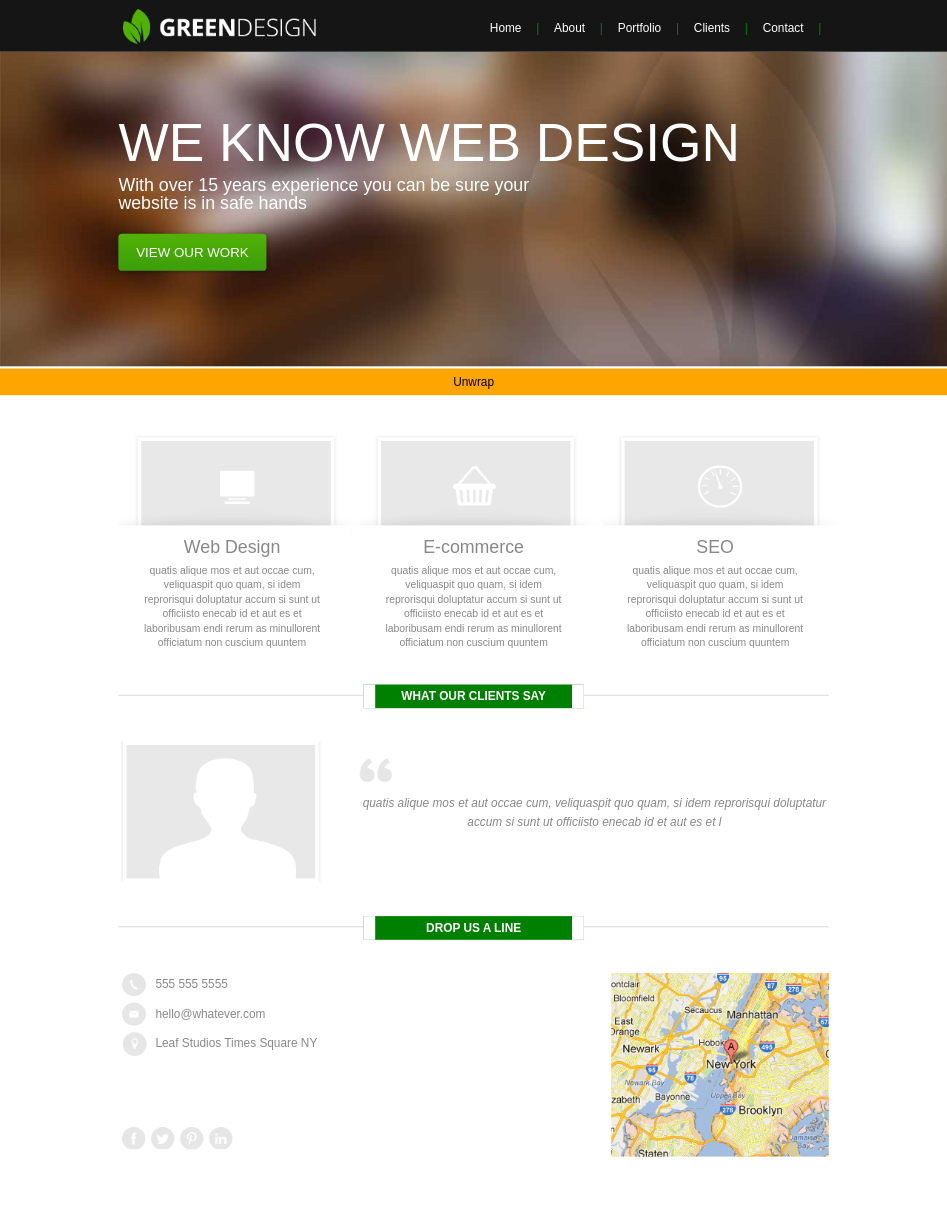
Repository: prathmeshgodbole/Javascript
Page: Basics/Jquery/index.html
An editor plug-in stored every save of this project. The page is shown before and after a run of saves, followed by the edit.
The browser window is 1280 px wide. The pictures show the whole page, at 74% of full size.
After loading, the first visible `h2` was clicked once.

Above is the page before, as saved 2020-08-09 11:27:40.

### Basics/Jquery/index.html
<!DOCTYPE html>
<html>

<head>
    <title>Green Design</title>
    <link href="style.css" rel="stylesheet" type="text/css">
    <script src="scripts/jquery-3.5.1.js"></script>
    <!-- <script src="scripts/event_binding.js"></script> -->
    <script src="scripts/animation.js"></script>
</head>

<body>

    <header>
        <div class="wrapper">
            <h1 id="logo">Green Design</h1>
            <nav>
                <h2>Main Navigation</h2>
                <ul>
                    <li><a href="">Home</a><span>|</span></li>
                    <li><a href="">About</a><span>|</span></li>
                    <li><a href="">Portfolio</a><span>|</span></li>
                    <li><a href="">Clients</a><span>|</span></li>
                    <li><a href="">Contact</a><span>|</span></li>
                </ul>
            </nav>
        </div>
    </header>

    <div id="lead-banner">
        <img src="images/banner.jpg" alt="lead banner">
        <div class="banner-overlay">
            <div class="wrapper">
                <div class="banner-title">We Know Web Design</div>
                <p>With over 15 years experience you can be sure your website is in safe hands</p>
                <a href="">View Our Work</a>
            </div>
        </div>
    </div>

    <div id="main-content">
        <div class="button" style="padding:10px;text-align:center;background:orange;">Unwrap
        </div>
        <div class="wrapper">
            <!-- <section id="points-of-sale" style="height: 0;overflow: hidden;"> -->
            <section id="points-of-sale">
                <h2>Points of Sale</h2>
                <ul>
                    <li>
                        <img src="images/cs-1.png" alt="web design">
                        <h3>Web Design</h3>
                        <p>quatis alique mos et aut occae cum, veliquaspit quo quam, si idem reprorisqui doluptatur accum si sunt ut officiisto enecab id et aut es et laboribusam endi rerum as minullorent officiatum non cuscium quuntem</p>
                    </li>
                    <li>
                        <img src="images/cs-2.png" alt="e-commerce">
                        <h3>E-commerce</h3>
                        <p>quatis alique mos et aut occae cum, veliquaspit quo quam, si idem reprorisqui doluptatur accum si sunt ut officiisto enecab id et aut es et laboribusam endi rerum as minullorent officiatum non cuscium quuntem</p>
                    </li>
                    <li>
                        <img src="images/cs-3.png" alt="seo">
                        <h3>SEO</h3>
                        <p>quatis alique mos et aut occae cum, veliquaspit quo quam, si idem reprorisqui doluptatur accum si sunt ut officiisto enecab id et aut es et laboribusam endi rerum as minullorent officiatum non cuscium quuntem</p>
                    </li>
                </ul>
            </section>

            <section id="clients">
                <h2>What Our Clients Say</h2>
                <img src="images/head.png" alt="quote">
                <blockquote>quatis alique mos et aut occae cum, veliquaspit quo quam, si idem reprorisqui doluptatur accum si sunt ut officiisto enecab id et aut es et l</blockquote>
            </section>

            <section id="contact">
                <h2>Drop Us A Line</h2>
                <ul id="contact-methods">
                    <li>555 555 5555</li>
                    <li>hello@whatever.com</li>
                    <li>
                        <span>Leaf Studios</span>
                        <span>Times Square</span>
                        <span>NY</span>
                    </li>
                </ul>

                <img src="images/map.png" alt="map">

                <ul id="social-nav">
                    <li class="facebook"><a href="">Facebook</a></li>
                    <li class="twitter"><a href="">Twitter</a></li>
                    <li class="pinterest"><a href="">Pinterest</a></li>
                    <li class="linked-in"><a href="">Linked In</a></li>
                </ul>

            </section>
        </div>

    </div>
    <!-- <script src="scripts/jquery-3.5.1.js"></script> -->
    <!-- <script src="scripts/selector.js"></script> -->
    <!-- <script src="scripts/filter.js"></script> -->
    <!-- <script src="scripts/Travers_DOM.js"></script> -->
    <!-- <script src="scripts/adding-content.js"></script> -->
    <!-- <script src="scripts/wrap_unwrap.js"></script> -->
    <!-- <script src="scripts/remove.js"></script> -->
    <!-- <script src="scripts/changing_attr.js"></script> -->
    <!-- <script src="scripts/css_jQuery.js"></script> -->
    <!-- <script src="scripts/Add_Remove_class.js"></script> -->
    <!-- <script src="scripts/event_binding.js"></script> -->

</body>

</html>

### Basics/Jquery/style.css
html,
body,
div,
span,
object,
iframe,
h1,
h2,
h3,
h4,
h5,
h6,
p,
blockquote,
pre,
abbr,
address,
cite,
code,
del,
dfn,
em,
img,
ins,
kbd,
q,
samp,
small,
strong,
sub,
sup,
var,
b,
i,
dl,
dt,
dd,
ol,
ul,
li,
fieldset,
form,
label,
legend,
table,
caption,
tbody,
tfoot,
thead,
tr,
th,
td,
article,
aside,
canvas,
details,
figcaption,
figure,
footer,
header,
hgroup,
menu,
nav,
section,
summary,
time,
mark,
audio,
video {
    margin: 0;
    padding: 0;
    border: 0;
    outline: 0;
    font-size: 100%;
    vertical-align: baseline;
    background: transparent;
    font-family: arial;
}

body {
    line-height: 1;
}

article,
aside,
details,
figcaption,
figure,
footer,
header,
hgroup,
menu,
nav,
section {
    display: block;
}

nav ul {
    list-style: none;
}

blockquote,
q {
    quotes: none;
}

blockquote:before,
blockquote:after,
q:before,
q:after {
    content: '';
    content: none;
}

a {
    margin: 0;
    padding: 0;
    font-size: 100%;
    vertical-align: baseline;
    background: transparent;
}


/* change colours to suit your needs */

ins {
    background-color: #ff9;
    color: #000;
    text-decoration: none;
}


/* change colours to suit your needs */

mark {
    background-color: #ff9;
    color: #000;
    font-style: italic;
    font-weight: bold;
}

del {
    text-decoration: line-through;
}

abbr[title],
dfn[title] {
    border-bottom: 1px dotted;
    cursor: help;
}

table {
    border-collapse: collapse;
    border-spacing: 0;
}


/* change border colour to suit your needs */

hr {
    display: block;
    height: 1px;
    border: 0;
    border-top: 1px solid #cccccc;
    margin: 1em 0;
    padding: 0;
}

input,
select {
    vertical-align: middle;
}


/*//////////// end css reset //////////*/

.wrapper {
    width: 100%;
    max-width: 960px;
    margin: 0 auto;
}

header {
    background: #151515;
}

header:after {
    content: "";
    display: block;
    clear: both;
}

#logo {
    background: url(images/logo.png) no-repeat;
    height: 70px;
    width: 280px;
    float: left;
    text-indent: -10000px;
}

header nav {
    float: right;
    margin-top: 30px;
    margin-right: 10px;
}

header nav a {
    color: #fff;
    text-decoration: none;
    font-family: arial;
}

header nav h2 {
    height: 0;
    text-indent: -10000px;
}

header nav li {
    float: left;
    margin-left: 20px;
}

header nav span {
    color: green;
    margin-left: 20px;
}

#lead-banner img {
    width: 100%;
}

#lead-banner {
    max-height: 440px;
    overflow: hidden;
    position: relative;
}

.banner-overlay {
    position: absolute;
    top: 20%;
    width: 100%;
}

.banner-title {
    color: #fff;
    text-transform: uppercase;
    font-size: 72px;
}

#lead-banner p {
    color: #fff;
    font-size: 24px;
    max-width: 600px;
    margin-top: 10px;
}

#lead-banner a {
    /* Permalink - use to edit and share this gradient: http://colorzilla.com/gradient-editor/#51b205+0,3c9e0a+100 */
    background: #51b205;
    /* Old browsers */
    background: -moz-linear-gradient(top, #51b205 0%, #3c9e0a 100%);
    /* FF3.6+ */
    /*7-8-2020 background: -webkit-gradient(linear, left top, left bottom, color-stop(0%, #51b205), color-stop(100%, #3c9e0a)); */
    /* Chrome,Safari4+ */
    background: -webkit-linear-gradient(top, #51b205 0%, #3c9e0a 100%);
    /* Chrome10+,Safari5.1+ */
    background: -o-linear-gradient(top, #51b205 0%, #3c9e0a 100%);
    /* Opera 11.10+ */
    /* 7-8-2020 background: -ms-linear-gradient(top, #51b205 0%, #3c9e0a 100%); */
    /* IE10+ */
    background: linear-gradient(to bottom, #51b205 0%, #3c9e0a 100%);
    /* W3C */
    /* 7-8-2020 filter: progid: DXImageTransform.Microsoft.gradient( startColorstr='#51b205', endColorstr='#3c9e0a', GradientType=0); */
    /* IE6-9 */
    color: #fff;
    display: block;
    width: 200px;
    font-size: 18px;
    text-align: center;
    padding: 16px 0;
    text-decoration: none;
    border-radius: 5px;
    text-transform: uppercase;
    margin-top: 30px;
    box-shadow: 1px 1px 6px rgba(0, 0, 0, 0.4);
}

section {
    margin: 40px 0 60px;
}

section:after {
    content: "";
    display: block;
    clear: both;
}

section#points-of-sale ul {
    list-style-type: none;
}

#points-of-sale h2 {
    height: 0;
    text-indent: -10000px;
}

#points-of-sale li {
    float: left;
    width: 32%;
}

#points-of-sale li:nth-child(2) {
    margin: 0 2%;
}

#points-of-sale li h3 {
    text-align: center;
    color: #888;
    font-size: 24px;
    font-weight: normal;
    margin-bottom: 10px;
}

#points-of-sale p {
    text-align: center;
    width: 80%;
    margin: 0 10%;
    font-size: 14px;
    color: #888;
    line-height: 1.4em;
}

#clients,
#contact {
    border-top: 1px solid #ccc;
    padding-top: 30px
}

#clients h2,
#contact h2 {
    background: green;
    color: #fff;
    padding: 8px;
    text-align: center;
    width: 250px;
    text-transform: uppercase;
    position: relative;
    top: -45px;
    margin: 0 auto;
    border-left: 16px solid #fff;
    border-right: 16px solid #fff;
}

#clients img {
    float: left;
    width: 30%;
}

#clients blockquote {
    float: right;
    width: 66%;
    margin-top: 20px;
    text-align: center;
    font-style: italic;
    line-height: 1.6em;
    color: #888;
    padding-top: 50px;
    background: url(images/quote.png) no-repeat top left;
}

#contact-methods {
    float: left;
}

#contact-methods li {
    list-style-type: none;
    color: #888;
    line-height: 30px;
    clear: left;
}

#contact-methods li:before {
    content: "";
    display: block;
    width: 40px;
    height: 40px;
    float: left;
    margin-right: 10px;
    background: url(images/logo-sprite.png) no-repeat;
}

#contact-methods li:nth-child(1):before {
    background-position: -158px 0;
}

#contact-methods li:nth-child(2):before {
    background-position: -198px 0;
}

#contact-methods li:nth-child(3):before {
    background-position: -238px 0;
}

#contact img {
    float: right;
}

#social-nav {
    clear: both;
    position: relative;
    top: -40px;
}

#social-nav li {
    list-style-type: none;
    float: left;
    width: 40px;
    height: 30px;
    background: url(images/logo-sprite.png) no-repeat;
    text-indent: -10000px;
}

#social-nav li:nth-child(2) {
    background-position: -40px 0;
}

#social-nav li:nth-child(3) {
    background-position: -80px 0;
}

#social-nav li:nth-child(4) {
    background-position: -120px 0;
}

#social-nav a {
    display: block;
    width: 100%;
    height: 100%;
}

.open {
    height: auto !Important;
}

### Basics/Jquery/scripts/animation.js
$(document).ready(function() {
    // function ready() {
    //     alert("Animation Complete");
    // }
    // $("section > h2").on("click", function() {
    //     $(this).animate({ "width": "300px", "height": "200px" }, 1000, "swing", ready);
    //
    // });

    $("section > h2").on("click", function() {
        $(this).fadeIn(500);

    });
});

Loaded but not shown: Basics/Jquery/scripts/jquery-3.5.1.js (library)

After the next 8 saves:
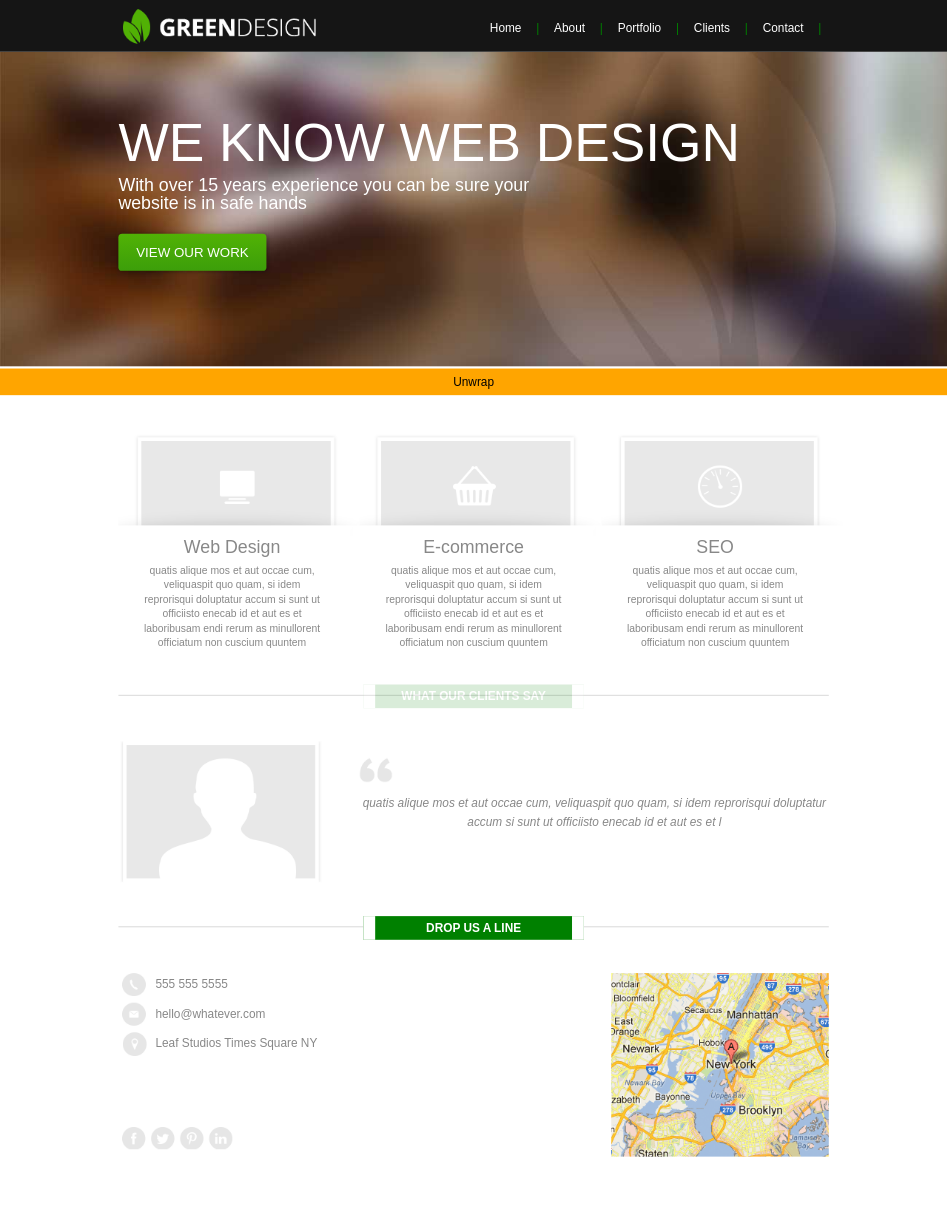
The 8 saves are shown as one change because they came seconds apart.
The last was saved 18 s later.
--- a/Basics/Jquery/scripts/animation.js
+++ b/Basics/Jquery/scripts/animation.js
@@ -8,7 +8,7 @@ $(document).ready(function() {
     // });
 
     $("section > h2").on("click", function() {
-        $(this).fadeIn(500);
+        $(this).fadeOut(2000).fadeIn(500);
 
     });
 });
